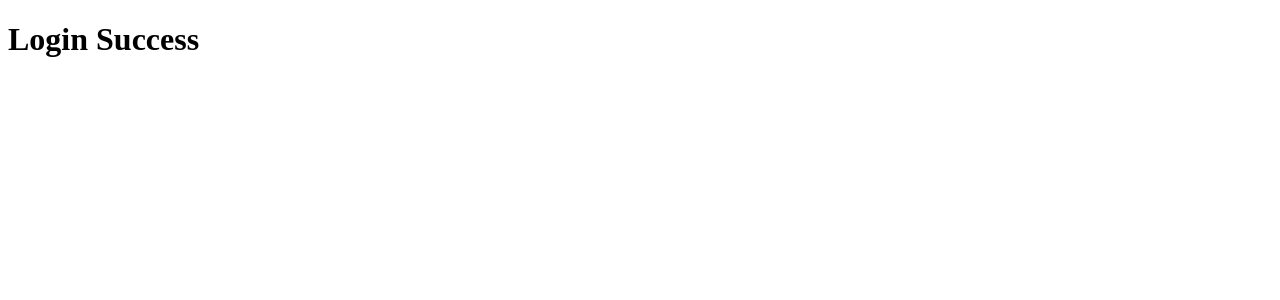
Repository: Annam-Pardha-Saradhi/Servlet-Projects
Page: http://localhost/project-2-login-jsp-servlets-jdbc-example/loginsuccess.jsp
These files come from the project's save history. The page is drawn as it stood at one moment and after the next save; the edit follows.
The browser window is 1280 px wide. The pictures show the whole page.
The page is served by Tomcat 10.

Above is the page before, as saved 2024-09-06 10:50:02.

After the next save:
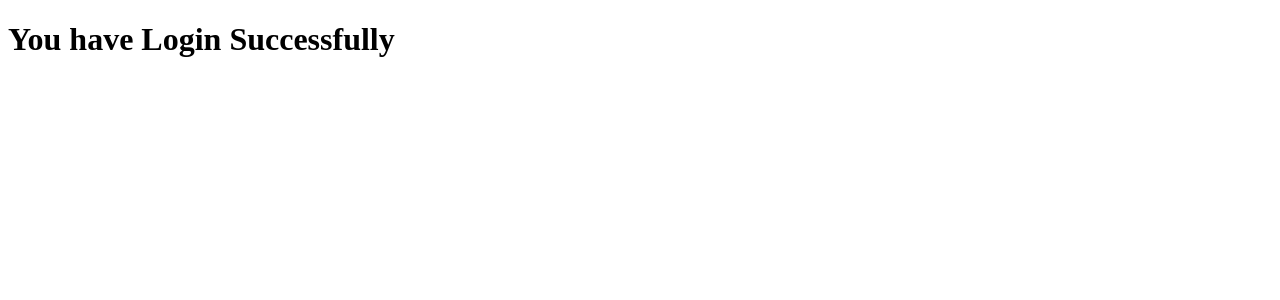
Saved 32 s later.
--- a/servlet_projects/project-2-login-jsp-servlets-jdbc-example/src/main/webapp/loginsuccess.jsp
+++ b/servlet_projects/project-2-login-jsp-servlets-jdbc-example/src/main/webapp/loginsuccess.jsp
@@ -7,6 +7,6 @@
 <title>Insert title here</title>
 </head>
 <body>
-<h1>Login Success</h1>
+<h1>You have Login Successfully</h1>
 </body>
 </html>
